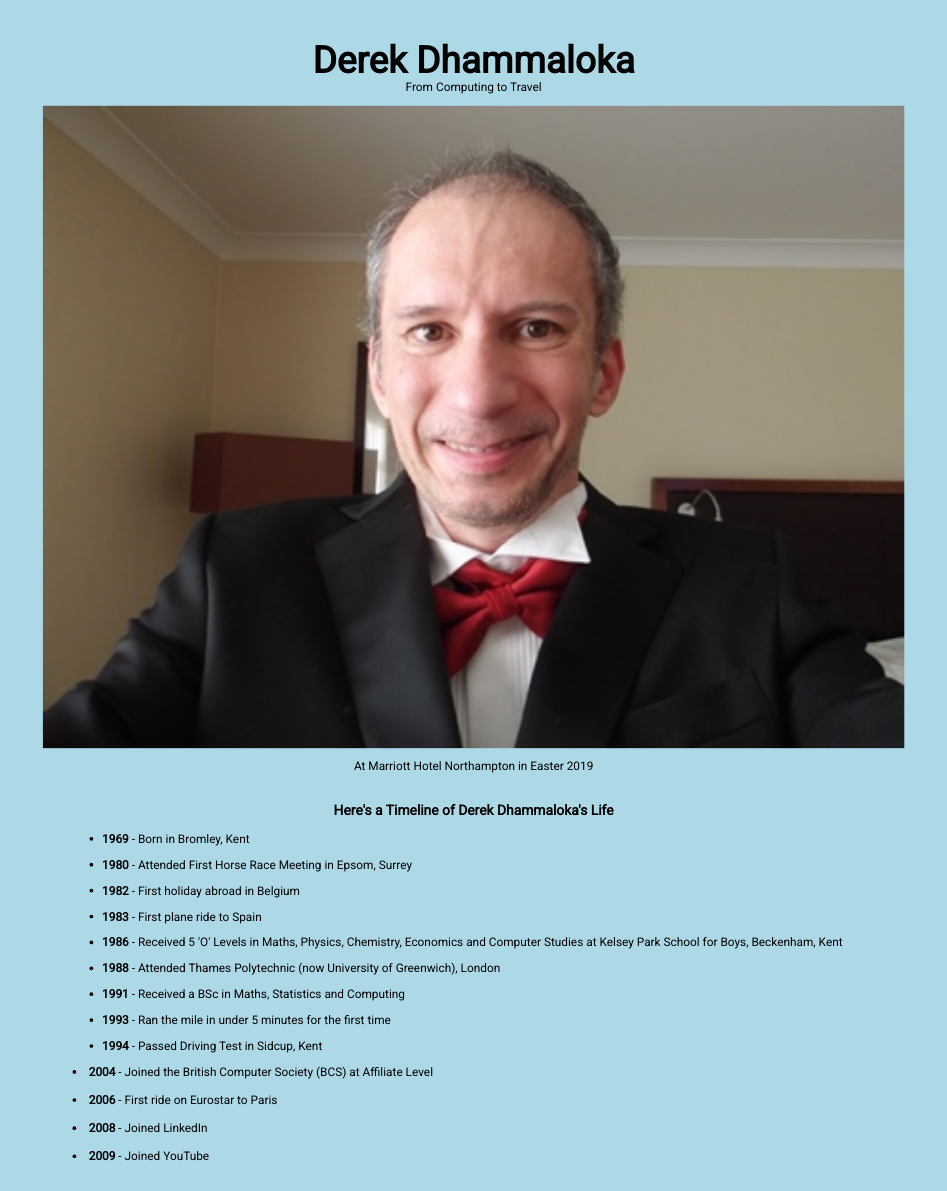
Repository: derektypist/tribute-page
Page: index.html
The author's editor kept a record of every edit. The page is drawn from the files as they stood at one moment, then again after the next edit.
The browser window is 1280 px wide. The pictures show the whole page, at 74% of full size.

Above is the page before.

### index.html
<!DOCTYPE html>
<html lang="en">

<head>
    <meta charset="UTF-8">
    <meta name="viewport" content="width=device-width, initial-scale=1.0">
    <meta http-equiv="X-UA-Compatible" content="ie=edge">
    <title>Derek Dhammaloka Tribute Page</title>
    <!-- Load Style Sheets -->
    <link href="https://fonts.googleapis.com/css?family=Roboto&display=swap" rel="stylesheet">
    <style>
        /* Main Styles */

        #main {
            font-family: "Roboto", Arial, Verdana, sans-serif;
            background-color: lightblue;
            padding: 10px;
            text-align: center;
        }



        /* Title */

        #title {
            font-weight: 700;
            font-size: 50px;
            text-align: center;
        }


        /* Images */

        #img-div {
            position: relative;
            bottom: 35px;
        }

        #image {
            width: 100%;
            display: block;
            height: auto;
        }

        #img-caption {
            position: relative;
            top: 15px;
        }

        /* Tribute Info */

        #tribute-info {

            text-align: left;
            margin-left: 80px;

        }
    </style>
</head>

<body id="main">
    <!-- Set Header Element -->
    <header>
        <h1 id="title">Derek Dhammaloka</h1>
    </header>

    <!-- Set Main Element -->
    <main>

        <!-- Display Image with its Caption -->
        <div id="img-div">
            <p>From Computing to Travel</p>
            <figure>
                <img src="derek.JPG" id="image" title="At Marriott Hotel Northampton - Easter 2019" alt="At Marriott Hotel Northampton - Easter 2019">
                <figcaption id="img-caption">At Marriott Hotel Northampton in Easter 2019</figcaption>
            </figure>
        </div>
        <section>
            <h3>Here's a Timeline of Derek Dhammaloka's Life</h3>
            <!-- Display Tribute Information -->
            <article id="tribute-info">
                <!-- Display Information for 1969 -->
                <ul>
                    <li><strong>1969 </strong>- Born in Bromley, Kent</li>
                </ul>

                <!-- Display Information for 1980 -->
                <ul>
                    <li><strong>1980 </strong>- Attended First Horse Race Meeting in Epsom, Surrey</li>
                </ul>

                <!-- Display Information for 1982 -->
                <ul>
                    <li><strong>1982 </strong>- First holiday abroad in Belgium</li>
                </ul>

                <!-- Display Information for 1983 -->
                <ul>
                     <li><strong>1983 </strong>- First plane ride to Spain</li>
                </ul>

                <!-- Display Information for 1986 -->
                <ul>
                    <li><strong>1986 </strong>- Received 5 'O' Levels in Maths, Physics, Chemistry, Economics and Computer Studies at Kelsey Park School for Boys, Beckenham, Kent</li>
                </ul>

                <!-- Display Information for 1988 -->
                <ul>
                    <li><strong>1988 </strong>- Attended Thames Polytechnic (now University of Greenwich), London</li>
                </ul>

                <!-- Display Information for 1991 -->
                <ul>
                   <li><strong>1991 </strong>- Received a BSc in Maths, Statistics and Computing</li>
                </ul>

                <!-- Display Information for 1993 -->
                <ul>
                    <li><strong>1993 </strong>- Ran the mile in under 5 minutes for the first time</li>
                </ul>

                <!-- Display Information for 1994 -->
                <ul>
                    <li><strong>1994 </strong>- Passed Driving Test in Sidcup, Kent</li>
                </ul>

                <!-- Display Information for 1997 -->

                <li><strong>2004 </strong>- Joined the British Computer Society (BCS) at Affiliate Level</li>
                <br>
                <li><strong>2006 </strong>- First ride on Eurostar to Paris</li>
                <br>
                <li><strong>2008 </strong>- Joined LinkedIn</li>
                <br>
                <li><strong>2009 </strong>- Joined YouTube</li>
                <br>
            </article>
        </section>
    </main>
</body>

</html>

After the next edit:
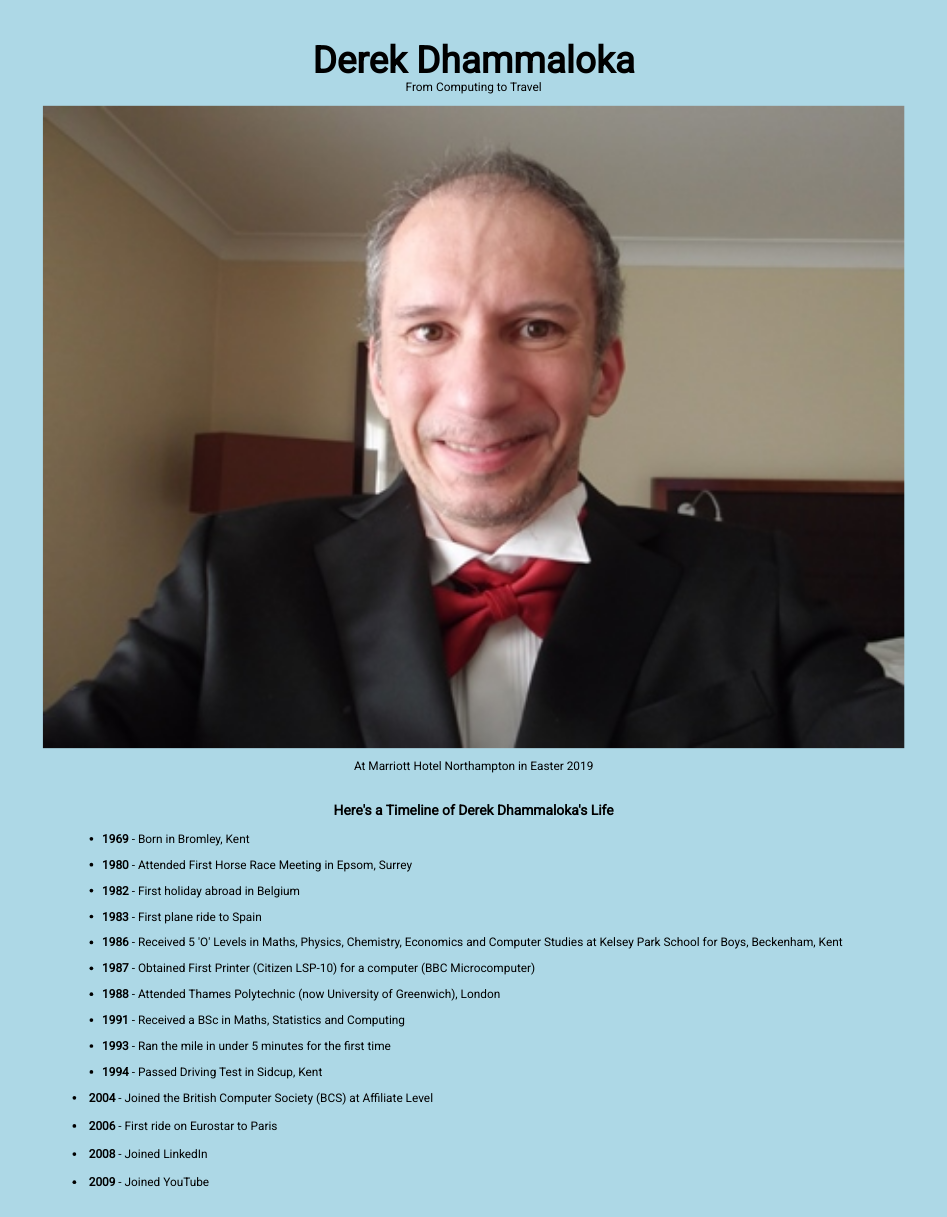
The edit:
--- a/index.html
+++ b/index.html
@@ -104,6 +104,12 @@
                     <li><strong>1986 </strong>- Received 5 'O' Levels in Maths, Physics, Chemistry, Economics and Computer Studies at Kelsey Park School for Boys, Beckenham, Kent</li>
                 </ul>
 
+                <!-- Display Information for 1987 -->
+                <ul>
+                    <li><strong>1987 </strong>- Obtained First Printer (Citizen LSP-10) for a computer (BBC Microcomputer)</li>
+                </ul>
+
+
                 <!-- Display Information for 1988 -->
                 <ul>
                     <li><strong>1988 </strong>- Attended Thames Polytechnic (now University of Greenwich), London</li>
